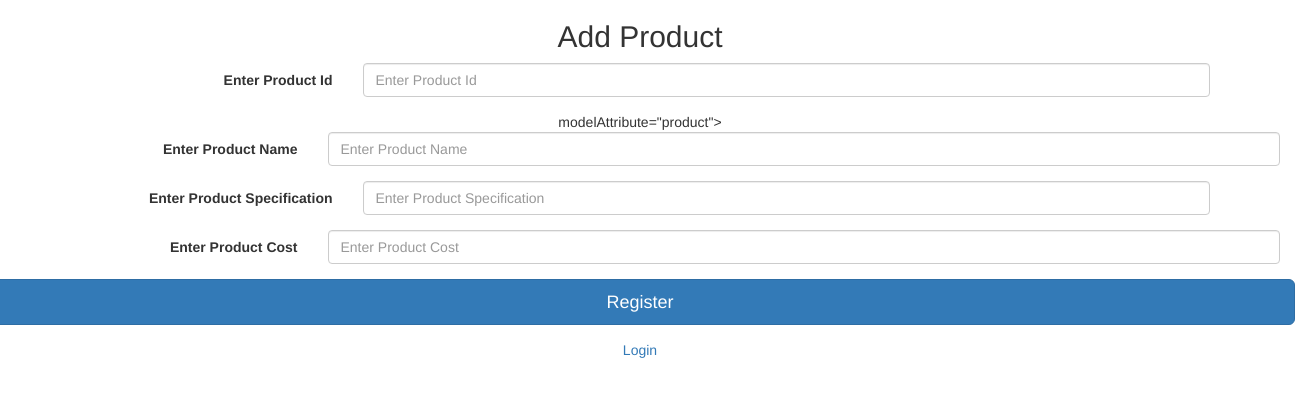
Repository: sagarbagdure01/ElectronicsWorld
Page: http://localhost/electronicsworld/WEB-INF/views/AddProduct.jsp
These files come from the project's save history. The page is drawn as it stood at one moment and after the next save; the edit follows.
The browser window is 1280 px wide. The page is 1295 px wide, so the pictures cover 1295 px, including what lies to the right of the window. The pictures show the whole page.
Some web libraries are served in a nearby version. The page is served by Tomcat 9. Nobody is signed in. Other server files are loaded and not shown. The template is opened directly, without the code that normally fills it, so the values that code supplies are empty.

Above is the page before, as saved 2017-05-30 07:08:59.

### electronicsworld/src/main/webapp/WEB-INF/views/AddProduct.jsp
<%@ page language="java" contentType="text/html; charset=ISO-8859-1"
	pageEncoding="ISO-8859-1"%>
<%@ taglib prefix="form" uri="http://www.springframework.org/tags/form"%>
<%@ taglib uri="http://www.springframework.org/tags" prefix="url"%>
<!DOCTYPE html PUBLIC "-//W3C//DTD HTML 4.01 Transitional//EN" "http://www.w3.org/TR/html4/loose.dtd">
<html>
<head>
<meta http-equiv="Content-Type" content="text/html; charset=ISO-8859-1">
<title>Insert title here</title>
<meta charset="utf-8">
<meta name="viewport" content="width=device-width, initial-scale=1">
<link rel="stylesheet"
	href="https://maxcdn.bootstrapcdn.com/bootstrap/3.3.7/css/bootstrap.min.css">
<script
	src="https://ajax.googleapis.com/ajax/libs/jquery/3.2.1/jquery.min.js"></script>
<script
	src="https://maxcdn.bootstrapcdn.com/bootstrap/3.3.7/js/bootstrap.min.js"></script>
</head>
<body>
	<center>
		<url:url value="/save" var="url"></url:url>
		<form:form class="form-horizontal" role="form" action="${url }" modelAttribute="product">
			<div class="container">


				<h2>Add Product</h2>
				<div class="form-group">
					<label for="pid" class="col-sm-3 control-label">Enter
						Product Id</label>
					<div class="col-sm-9">
						<form:input  path="pid"
							placeholder="Enter Product Id" class="form-control" />
					</div>
				</div>

			</div>


				modelAttribute="product">

				<div class="form-group">
				<label for="pname" class="col-sm-3 control-label">Enter
					Product Name</label>
				<div class="col-sm-9">
					<form:input type="email" path="pname"
						placeholder="Enter Product Name" class="form-control" />
				</div>
			</div>


			<div class="container">



				<div class="form-group">
					<label for="psepification" class="col-sm-3 control-label">Enter
						Product Specification</label>
					<div class="col-sm-9">
						<form:input  path="pspecification"
							placeholder="Enter Product Specification" class="form-control" />
					</div>
				</div>

			</div>




				<div class="form-group">
				<label for="pcost" class="col-sm-3 control-label">Enter
					Product Cost</label>
				<div class="col-sm-9">
					<form:input  path="pcost"
						placeholder="Enter Product Cost" class="form-control" />
				</div>
			</div>


			<div class="form-group ">
				<button type="button"
					class="btn btn-primary btn-lg btn-block login-button">Register</button>
			</div>
			<div class="login-register">
				<a href="#">Login</a>
			</div>
	</center>
	</form:form>
</body>
</html>

After the next save:
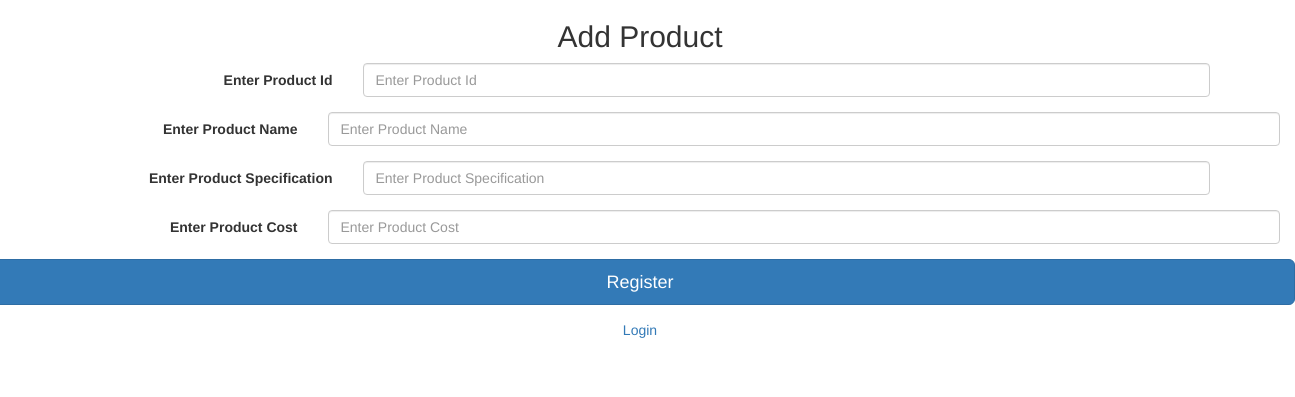
Saved 56 s later.
--- a/electronicsworld/src/main/webapp/WEB-INF/views/AddProduct.jsp
+++ b/electronicsworld/src/main/webapp/WEB-INF/views/AddProduct.jsp
@@ -36,7 +36,6 @@
 			</div>
 
 
-				modelAttribute="product">
 
 				<div class="form-group">
 				<label for="pname" class="col-sm-3 control-label">Enter
